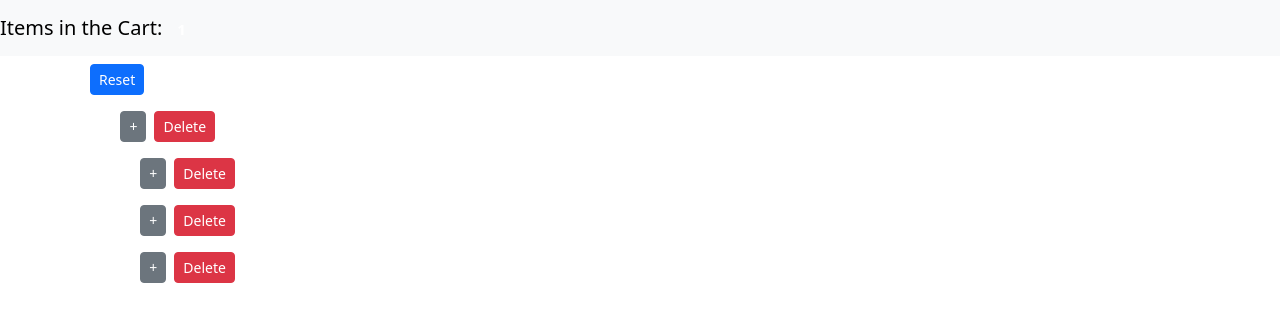
Repository: Edes2128/MovieTable-pagination-filter-sorting-in-React
Page: /
These files come from the project's save history. The page is drawn as it stood at one moment and after a run of saves; the edit follows.
The browser window is 1280 px wide. The pictures show the whole page.
The project was rebuilt for these pictures with package versions that can differ from the ones it lists, and the page was loaded fresh each time. Also part of the build but not shown: src/App.css.

Above is the page before, as saved 2020-06-16 00:05:59.

### public/index.html
<!DOCTYPE html>
<html lang="en">
  <head>
    <meta charset="utf-8" />
    <link rel="icon" href="%PUBLIC_URL%/favicon.ico" />
    <meta name="viewport" content="width=device-width, initial-scale=1" />
    <meta name="theme-color" content="#000000" />
    <meta
      name="description"
      content="Web site created using create-react-app"
    />
    <link rel="apple-touch-icon" href="%PUBLIC_URL%/logo192.png" />

    <link rel="manifest" href="%PUBLIC_URL%/manifest.json" />

    <title>React App</title>
  </head>
  <body>
    <noscript>You need to enable JavaScript to run this app.</noscript>
    <div id="root"></div>
</html>

### src/index.js
import React from 'react';
import ReactDOM from 'react-dom';
import './index.css';
import 'bootstrap/dist/css/bootstrap.css';
import App from './App'
import 'font-awesome/css/font-awesome.css'
//

ReactDOM.render(
  <React.StrictMode>
    <App />
  </React.StrictMode>,
  document.getElementById('root')
);

### src/App.js
import React , {Component,Fragment}from 'react';
import './App.css';
//import Movies from './components/movies';
import Counters from './components/counters'
import Navbar from './components/navbar';

class App extends Component {

  state = {
    counters: [
        {id:1,value:4},
        {id:2,value:0},
        {id:3,value:0},
        {id:4,value:0}
    ]
 }


 handleDelete = (counterID) =>{
      const counters = this.state.counters.filter(c => c.id !== counterID);
      this.setState({counters})
 }

 handleReset =() =>{
      const counters = this.state.counters.map(c => {
            c.value = 0;
            return c;
        });
        this.setState({counters})
 };

 handleIncrement = counter => {

        const counters = [...this.state.counters];
        const index = counters.indexOf(counter);
        counters[index] = {...counter};
        counters[index].value++;
        this.setState({counters})
 }
  render (){

    return (

    <Fragment>
    <Navbar totalCounters={this.state.counters.filter(c => c.value > 0).length} />
      <main className="container">
          <Counters onReset={this.handleReset} onIncrement={this.handleIncrement} onDelete={this.handleDelete} counters={this.state.counters} />
      </main>
      </Fragment>
  );
  }
}
export default App;

### src/components/counters.jsx
import React, { Component } from 'react'
import Counter from './counter'

class Counters extends Component {

    render() {
            const {onReset,counters,onIncrement,onDelete} = this.props;

        return (
            <div>
            <button onClick={onReset} className="btn btn-primary btn-sm m-2">Reset</button>
                {counters.map(counter => <Counter key={counter.id} onIncrement={onIncrement} onDelete={onDelete} counter={counter}></Counter>)}
            </div> );
    }
}
export default Counters;

### src/components/navbar.jsx
import React from 'react'

const Navbar = ({totalCounters}) => {

        return (
            <nav className="navbar navbar-light bg-light">
                    <a href="#" className="navbar-brand">
                    Items in the Cart: <span className="badge badge-pill badge-secondary">{totalCounters}</span>
                    </a>

            </nav>
         );
    }
export default Navbar;

### src/components/counter.jsx
import React, { Component } from 'react';

class Counter extends Component {

    render() {

        return (
            <div>
            <span className={this.getBadgeClasses()}>{this.formatCount()}</span>
            <button onClick={() => this.props.onIncrement(this.props.counter)} className="btn btn-secondary btn-sm">+</button>
            <button onClick={() => this.props.onDelete(this.props.counter.id)} className="btn btn-danger btn-sm m-2">Delete</button>
            </div>

            ) ;
    }
    getBadgeClasses() {
        let classes = "badge m-2 badge-";
        classes += (this.props.counter.value === 0) ? "warning" : "primary";
        return classes;
    }

    formatCount(){
        const {value} = this.props.counter;
        return value === 0 ? 'Zero' : value;
    }
}
export default Counter;

Loaded but not shown: src/index.css (common file)

After the next 2 saves:
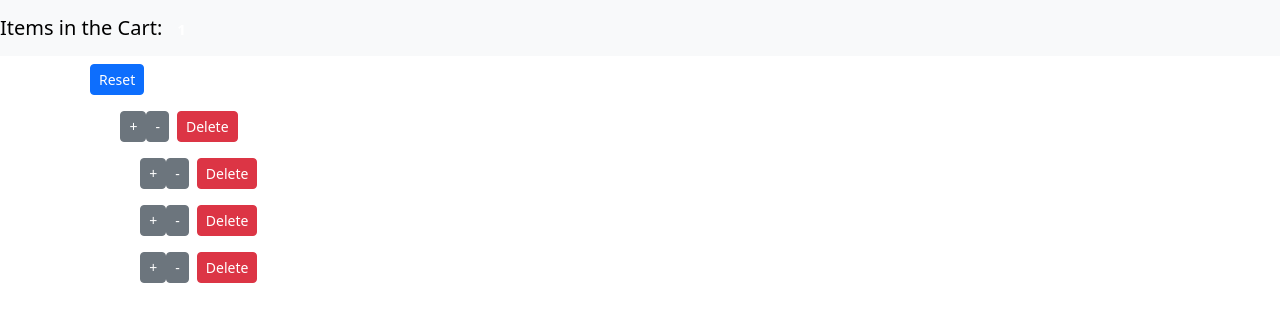
The 2 saves are shown as one change because they came seconds apart.
The last was saved 20 s later.
--- a/src/components/counter.jsx
+++ b/src/components/counter.jsx
@@ -8,6 +8,7 @@ class Counter extends Component {
             <div>
             <span className={this.getBadgeClasses()}>{this.formatCount()}</span>
             <button onClick={() => this.props.onIncrement(this.props.counter)} className="btn btn-secondary btn-sm">+</button>
+            <button onClick={() => this.props.onIncrement(this.props.counter)} className="btn btn-secondary btn-sm">-</button>
             <button onClick={() => this.props.onDelete(this.props.counter.id)} className="btn btn-danger btn-sm m-2">Delete</button>
             </div>
 
